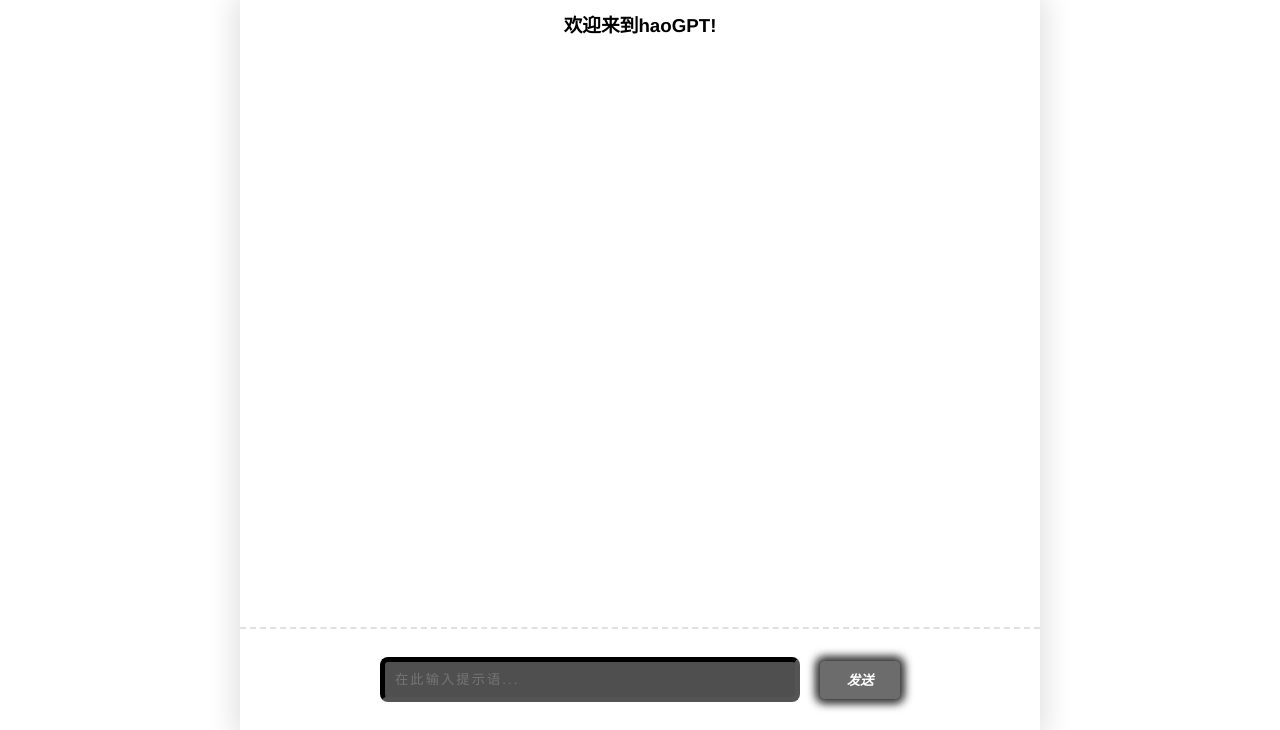
Repository: forFishbonein/chatbot-hao-gpt
Page: / (app in chat-bot-app/)
These files come from the project's save history. The page is drawn as it stood at one moment and after the next save; the edit follows.
The browser window is 1280 px wide. The pictures show the whole page.
The project was rebuilt for these pictures with package versions that can differ from the ones it lists, and the page was loaded fresh each time. Also part of the build but not shown: chat-bot-app/vite.config.js, chat-bot-app/src/components/background/ParticleAnimation.vue.

Above is the page before, as saved 2023-04-14 11:49:45.

### chat-bot-app/index.html
<!DOCTYPE html>
<html lang="en">

<head>
  <meta charset="UTF-8" />
  <link rel="icon" type="image/svg+xml" href="/vite.svg" />
  <meta name="viewport" content="width=device-width, initial-scale=1.0" />
  <title>Vite + Vue3.2 + TypeScript</title>
</head>

<body>
  <div id="app"></div>
  <script type="module" src="/src/main.ts"></script>
</body>

</html>

### chat-bot-app/src/main.ts
import { createApp } from "vue";
import pinia from "@/store";
import App from "./App.vue";
import router from "@/router";
import "@/assets/css/reset.css";
// 引入字体
// import "@/assets/fonts/font.css";
// 引入图标库
// import "@/assets/font/iconfont";
// 引入全局element-icon
import * as ElementPlusIconsVue from "@element-plus/icons-vue";

//创建实例
const setupAll = async () => {
  const app = createApp(App);
  app.use(router);
  app.use(pinia);
  for (const [key, component] of Object.entries(ElementPlusIconsVue)) {
    app.component(key, component);
  }
  app.mount("#app");
};
setupAll();

### chat-bot-app/src/components/BaseFooter.vue
<script setup lang="ts"></script>

<template>
  <div></div>
</template>

<style lang="scss" scoped></style>

### chat-bot-app/src/components/BaseHeader.vue
<script setup lang="ts"></script>

<template>
  <div></div>
</template>

<style lang="scss" scoped></style>

### chat-bot-app/src/store/index.ts
import { createPinia } from "pinia";
import piniaPluginPersistedstate from "pinia-plugin-persistedstate";
const pinia = createPinia();
pinia.use(piniaPluginPersistedstate);
export default pinia;

### chat-bot-app/src/App.vue
<script setup lang="ts">
console.log(
  "---环境变量----", // @ts-ignore
  import.meta.env
);
</script>
<template>
  <router-view></router-view>
</template>

<style>
/* .icon {
  width: 1.2em;
  height: 1.2em;
  vertical-align: -0.15em;
  fill: currentColor;
  overflow: hidden;
  color: #e8604c;
} */
#nprogress .bar {
  background-color: #c60b1e !important;
  border: 1px #c60b1e solid;
}
</style>

### chat-bot-app/src/router/index.ts
import {
  createRouter,
  createWebHashHistory,
  createWebHistory,
} from "vue-router";
import NProgress from "nprogress";
import "nprogress/nprogress.css";
import { mainStore } from "@/store/user";
import { UserInfo } from "@/apis/user/uInterface";

// 1. 定义路由组件， 注意，这里一定要使用 文件的全名（包含文件后缀名）
// import countIndex from "../pages/count/countIndex.vue";

// 2. 定义路由配置
import { routes } from "./router.config";

// 3. 创建路由实例
const router = createRouter({
  // history: createWebHashHistory(import.meta.env.VITE_PUBLIC_PATH),
  // @ts-ignore
  history: createWebHashHistory(import.meta.env.VITE_PUBLIC_PATH),
  routes,
  strict: true,
  scrollBehavior: () => ({ left: 0, top: 0 }),
});

NProgress.configure({
  easing: "ease", // 动画方式
  speed: 500, // 递增进度条的速度
  showSpinner: false, // 是否显示加载 icon
  trickleSpeed: 200, // 自动递增间隔
  minimum: 0.3, // 初始化时的最小百分比
});

// 4. 配置路由守卫
router.beforeEach((to, from, next) => {
  if (to.meta.title) {
    // @ts-ignore
    document.title = to.meta.title;
  }
  NProgress.start();
  const store = mainStore(); //移动到了路由守卫里面，否则persist不生效
  // 如果本地存在token;
  if (store.token !== "") {
    if (to.path === "/login" || to.path === "/register") {
      next({ path: "/" });
    } else {
      if (
        //@ts-ignore
        store.getUserFlag === false
      ) {
        store
          .getUserInfo() // 获取用户信息
          .then(async (res) => {
            // alert("获取用户信息成功");
            console.log("用户信息：");
            console.log(store.userInfo);
            console.log(store.userInfo.email);
            store.getUserFlag = true;
            next();
          })
          .catch(() => {
            //@ts-ignore
            ElMessage({
              type: "warning",
              message: "你的登录已过期！",
            });
            store.getUserFlag = false;
            store.userInfo = {} as UserInfo;
            next();
          });
      } else {
        // 如果已经获取到了用户信息
        next();
      }
    }
  } else {
    //如果本地不存在token //但如果是要去到需要登录的页面
    if (to.matched.some((r) => r.meta.requireLogin)) {
      store.getUserFlag = false;
      //@ts-ignore
      ElMessage({
        type: "warning",
        message: "登录后才能打开新天地哦！",
      });
      //@ts-ignore //不知道会不会出错
      router.push(-1);
    } else {
      next(); //其余不需要登录的页面就直接放开
    }
  }
});

router.afterEach((to, from, next) => {
  NProgress.done();
});

// 5. 导出router
export default router;

### chat-bot-app/src/assets/css/reset.css
/*解决8像素问题*/
body,
div,
dl,
dt,
dd,
ul,
ol,
li,
h1,
h2,
h3,
h4,
h5,
h6,
pre,
form,
fieldset,
legend,
input,
textarea,
button,
p,
blockquote,
th,
td {
    margin: 0;
    padding: 0;
}

/*文字自动居中*/
body {
    text-align: center;
    font-family: Helvetica Neue, Helvetica, Arial, Microsoft Yahei, Hiragino Sans GB, Heiti SC, WenQuanYi Micro Hei, sans-serif;
}

/*去掉前面的小圆点*/
ul,
ol,
li {
    list-style: none;
}

/*取消a的下划线*/
a {
    text-decoration: none;
    /*设置a的字体颜色，蓝色太丑了*/
    color: #333;
    /*设置链接变成小手*/
    cursor: pointer;
}

/*去掉边框，自动垂直居中*/
input,
button,
img,
select,
textarea {
    border: none;
    vertical-align: middle;
    outline: none;
    /*去掉选中产生的黑框*/
}

textarea {
    resize: none;
    /*禁止自动更改大小*/
    text-indent: 2em;
    /*首行缩进2字符*/
}

button {
    cursor: pointer;
}

/*居中板块*/
/*每一个板块都必须要套上wrap，要不然放大缩小会位置错乱*/
.wrap {
    width: 1226px;
    /*高度由内容撑开*/
    margin: 0 auto;
}

label {
    cursor: pointer;
}

### chat-bot-app/src/store/user.ts
import { defineStore } from "pinia";
import { UserInfo } from "@/apis/user/uInterface";
import { passLogin, logout } from "@/apis/user/login";
import { register } from "@/apis/user/register";
import { getUserInfo } from "@/apis/user/user";
import pinia from "@/store";
export interface UserState {
  userInfo: UserInfo;
  token: string;
  getUserFlag: boolean;
}
export const mainStore = defineStore("main", {
  persist: {
    key: "main",
    storage: window.localStorage,
  }, //开启缓存
  state: () =>
    ({
      userInfo: {
        // email: "",
      } as UserInfo,
      token: "",
      getUserFlag: false,
    } as UserState),
  getters: {},
  actions: {
    passLogin(passData: any) {
      return new Promise((resolve, reject) => {
        try {
          passLogin(passData).then((res) => {
            // @ts-ignore
            console.log(res.message);
            // @ts-ignore
            this.$state.token = res.message;
            // setToken(res.data);
            resolve(res);
          });
        } catch (error) {
          console.log(error);
          reject(error);
        }
      });
    },
    getUserInfo() {
      return new Promise((resolve, reject) => {
        getUserInfo(this.$state.token)
          .then((res) => {
            // @ts-ignore
            if (res.code === 2000) {
              this.$state.userInfo = res.data;
              resolve(res);
            } else {
              //@ts-ignore
              this.$state.userInfo = {} as UserInfo; //清空对象
              this.$state.getUserFlag = false;
              this.$state.token = "";
              // removeToken();
              resolve(res);
            }
          })
          .catch((error) => {
            //@ts-ignore
            this.$state.userInfo = {} as UserInfo; //清空对象
            this.$state.getUserFlag = false;
            this.$state.token = "";
            // removeToken();
            reject(error);
          });
      });
    },
    register(registerData: any) {
      return new Promise((resolve, reject) => {
        try {
          register(registerData).then((res) => {
            console.log(res.data);
            // 不会返回token
            // this.$state.token = res.data;
            // setToken(res.data);
            resolve(res);
          });
        } catch (error) {
          console.log(error);
          reject(error);
        }
      });
    },
    fedLogOut() {
      return new Promise((resolve, reject) => {
        try {
          this.$state.userInfo = {} as UserInfo; //清空对象
          // setFlag(false);
          this.$state.getUserFlag = false;
          this.$state.token = "";
          resolve("用户超时登出成功"); //这里传参不能为空，ts严格检查
        } catch (error) {
          reject(error);
        }
      });
    },
    logout() {
      return new Promise((resolve, reject) => {
        //@ts-ignore
        this.$state.userInfo = {} as UserInfo; //清空对象
        console.log(this.$state.userInfo);
        this.$state.token = ""; //重置token
        this.$state.getUserFlag = false; //改变用户信息标志变量
        // 调用后端接口，也可以不调用！
        // logout(this.$state.token)
        //   .then((res) => {
        //     console.log(res);
        //     if (res) {
        //       //@ts-ignore
        //       this.$state.userInfo = {} as UserInfo; //清空对象
        //       console.log(this.$state.userInfo);
        //       this.$state.token = ""; //重置token
        //       this.$state.getUserFlag = false; //改变用户信息标志变量
        //       resolve(res);
        //     }
        //   })
        //   .catch((error) => {
        //     console.log(error);
        //     reject(error);
        //   });
      });
    },
  },
});

### chat-bot-app/src/router/router.config.ts
import { RouteRecordRaw } from "vue-router";
// import Index from "@/Index.vue";

export const routes: Array<RouteRecordRaw> = [
  {
    path: "/",
    name: "Index", //App中包裹Index
    meta: {
      title: "首页",
      keepAlive: true,
      // requireLogin: true, //先加在这里，表示需要登录！
    },
    component: () => import("@/Index.vue"),
    // component: Index,
    redirect: "/chat", //Index中包裹Home等组件
    children: [
      {
        path: "/chat",
        name: "Chat",
        component: () => import("@/views/Chat.vue"), //这个不行，会加载不出来
        // component: Home,
        meta: { title: "首页", keepAlive: true, showTab: true },
      },
    ],
  },
];

### chat-bot-app/src/apis/user/login.ts
import httpRequest from "@/request";
import { passLoginInfo } from "@/apis/user/uInterface";
export const passLogin = (passData: passLoginInfo) => {
  // console.log(passData);
  return httpRequest({
    data: passData,
    method: "post",
    url: "/login",
    // loading: false, //显示加载圈
  });
};

export function logout(token: string) {
  return httpRequest({
    data: token,
    url: "/logout",
    method: "post",
    // loading: false,
  });
}

### chat-bot-app/src/apis/user/register.ts
import httpRequest from "@/request";
import { registerInfo } from "@/apis/user/uInterface";
// export const postCode = (email: string) => {
//   console.log(email);
//   return httpRequest({
//     data: email,
//     method: "post",
//     url: "http://localhost:8081/send",
//   });
// };

export const register = (registerData: registerInfo) => {
  // console.log(registerData);
  return httpRequest({
    data: registerData,
    method: "post",
    url: "/user/info",
    // loading: false,
  });
};

### chat-bot-app/src/apis/user/user.ts
import httpRequest from "@request/index";
import { UserInfo } from "@/apis/user/uInterface";
export const getUserInfo = (token: string) => {
  return httpRequest({
    url: "/token",
    method: "get",
    headers: { Authorization: token },
    loading: false, //这里好像必须开启，不知道为啥！！！这样有token时配合路由监测进主页的时候才不会报错！
  });
};
export const getUserInfoById = (userId: string) => {
  return httpRequest({
    url: `http://localhost:8081/user/${userId}`,
    method: "get",
    // loading: false,
  });
};

/* 修改用户信息 */
export const modifyUserInfo = (userInfo: UserInfo) => {
  return httpRequest({
    data: userInfo,
    method: "post",
    url: "/user/info",
    // loading: false,
  });
};

/* 修改密码 */
export const modifyUserPass = (data: any) => {
  return httpRequest({
    url: "http://localhost:8081/user/updatepassword",
    method: "put",
    data: data,
    // loading: false,
  });
};

/* 更新头像 */
export const updateUserAvater = (userId: string, imgUrl: string) => {
  return httpRequest({
    url: "http://localhost:8081/user/updatehead",
    method: "put",
    data: {
      id: userId,
      url: imgUrl,
    },
    // loading: false,
  });
};

### chat-bot-app/src/Index.vue
<script setup lang="ts">
import { onMounted } from "vue";
import { useRoute } from "vue-router";
import { useRouter } from "vue-router";
const route = useRoute();
const router = useRouter();
onMounted(() => {});
</script>
<template>
  <div class="page-wrapper">
    <BaseHeader></BaseHeader>
    <router-view v-slot="{ Component }">
      <!-- <keep-alive v-if="$route.meta.keepAlive"> -->
      <!-- 只有在一个容器切换时alive才生效，并且只有include可以生效，meta不行 -->
      <keep-alive :include="['Home']">
        <component :is="Component" />
      </keep-alive>
      <!-- <component :is="Component" v-else /> -->
    </router-view>
    <BaseFooter></BaseFooter>
  </div>
</template>

<style lang="scss" scoped></style>

### chat-bot-app/src/views/Chat.vue
<script setup lang="ts">
import { ref, reactive, defineExpose, onMounted } from "vue";
import { useRouter } from "vue-router";
import { sendMessage } from "@/apis/chat";
import { resultMessagesType } from "@/apis/Interface";
let prompt = ref("");
let messages = ref([] as resultMessagesType[]);
const clickToSend = () => {
  messages.value.push({ content: prompt.value, isBot: false });
  prompt.value = "";
  const data = { message: prompt.value };
  sendMessage(data).then((res) => {
    messages.value.push({ content: res.data.content, isBot: true });
  });
};
//用于使map自适应高度和宽度,通过窗体高宽计算容器高宽
let resizeMainContainer = function () {
  let mainContainer = document.getElementById("main-container");
  // @ts-ignore
  // mainContainer.style.width = window.innerWidth + "px";
  mainContainer.style.width = "1226px";
  // @ts-ignore
  mainContainer.style.height = window.innerHeight + "px";
};
let maxHeight = ref(0);
let resizeHeight = function () {
  let domMessages = document.getElementsByClassName("messages")[0];
  // @ts-ignore
  maxHeight.value = domMessages.getElementsByClassName.height;
};
onMounted(() => {
  //设置容器高宽
  resizeMainContainer();
  resizeHeight();
});
</script>
<template>
  <div id="main-container">
    <div class="message-wapper">
      <h3>欢迎来到haoGPT!</h3>
      <div class="messages">
        <el-scrollbar :max-height="maxHeight">
          <div v-for="(m, i) in messages" :key="i" class="line-block">
            <div v-if="m.isBot" class="bot-say">
              <img src="@/assets/img/bot.png" />
              <div>{{ m.content }}</div>
            </div>
            <div v-else class="my-say">
              <div>{{ m.content }}</div>
              <img src="@/assets/img/people.png" />
            </div></div
        ></el-scrollbar>
      </div>
      <div class="operate-board">
        <input
          v-model="prompt"
          type="text"
          placeholder="在此输入提示语..."
          class="inputStyle"
        />
        <button @click="clickToSend" class="buttonStyle">发送</button>
      </div>
    </div>
  </div>
</template>

<style lang="scss" scoped>
#main-container {
  // width: 1000px;
  // height: 800px;
  margin: 0 auto;
  // border: 1px #e8604c solid;
}
.message-wapper {
  width: 800px;
  height: 100%;
  margin: 0 auto;
  display: flex;
  flex-direction: column;
  justify-content: center;
  align-items: center;
  box-shadow: 0 2px 27px 6px rgba(0, 0, 0, 0.12);
  padding-top: 10px;
  .messages {
    width: 800px;
    height: 85%;
    position: relative;
    // border: 1px #e8604c solid;
    padding-top: 20px;

    .line-block {
      width: 100%;
      height: auto;
      margin-top: 20px;
    }
    .my-say {
      display: flex;
      justify-content: center;
      align-items: start;
      position: absolute;
      right: 10px;
      padding-left: 20px;
      img {
        width: 40px;
        height: 40px;
        display: inline-block;
        cursor: pointer;
      }
      div {
        background-color: black;
        color: rgb(255, 255, 255);
        font-size: 14px;
        padding: 10px;
        border-radius: 10px;
        box-shadow: 0 0 1px #272727, 0 0 10px 2px #3c3c3c, 0 0 10px 4px #4f4f4f;
        margin-right: 20px;
      }
    }
    .bot-say {
      display: flex;
      justify-content: center;
      align-items: start;
      position: absolute;
      left: 10px;
      padding-right: 20px;
      img {
        width: 40px;
        height: 40px;
        display: inline-block;
        cursor: pointer;
      }
      div {
        background-color: black;
        color: rgb(255, 255, 255);
        font-size: 14px;
        padding: 10px;
        border-radius: 10px;
        box-shadow: 0 0 1px #272727, 0 0 10px 2px #3c3c3c, 0 0 10px 4px #4f4f4f;
        margin-left: 20px;
      }
    }
  }
  .operate-board {
    // position: absolute;
    // bottom: 0px;
    width: 800px;
    height: 15%;
    display: flex;
    justify-content: center;
    align-items: center;
    border-top: 2px dashed rgba(0, 0, 0, 0.12);
  }
}

.buttonStyle {
  height: 38px;
  width: 80px;
  border: 0;
  background-color: #6c6c6c;
  box-shadow: 0 0 1px #272727, 0 0 10px 2px #3c3c3c, 0 0 10px 4px #4f4f4f;
  border-radius: 4px;
  font-family: Calibri;
  font-weight: 800;
  font-style: italic;
  color: rgb(255, 255, 255);
  cursor: pointer;
  margin-left: 20px;
}
.buttonStyle:hover {
  animation: buttonEffect 0.4s linear;
  transition-timing-function: linear;
}
.buttonStyle:active {
  transform: scale(1.2);
  bottom: -3px;
  transition-timing-function: ease-in-out;
}
@keyframes buttonEffect {
  0% {
    background: radial-gradient(ellipse 20px 8px, white, black, black);
  }
  20% {
    background: radial-gradient(ellipse 30px 12px, white, black, black);
  }
  40% {
    background: radial-gradient(ellipse 40px 16px, white, black, black);
  }
  60% {
    background: radial-gradient(ellipse 50px 20px, white, black, black);
  }
  80% {
    background: radial-gradient(ellipse 60px 24px, white, black, black);
  }
  100% {
    background: radial-gradient(ellipse 70px 280px, white, black, black);
  }
}
.inputStyle {
  width: 400px;
  height: 35px;
  background-color: #4f4f4f;
  border-radius: 8px;
  border-width: 5px 5px 5px 5px;
  border-style: inset;
  border-color: black;
  // font-family: "Droid Sans Mono Slashed";
  font-weight: 300;
  // font-style: italic;
  padding-left: 10px;
  color: rgb(255, 255, 255);
  word-spacing: 2px;
  letter-spacing: 2px;
}
.inputStyle:focus {
  background-color: black;
}
.inputStyle:hover {
  animation: inputEffect 0.8s linear;
  transition-timing-function: linear;
}
@keyframes inputEffect {
  0% {
    border-top-color: rgb(255, 255, 255);
    background: linear-gradient(to right, rgb(255, 255, 255), black 20%);
  }
  25% {
    border-right-color: rgb(255, 255, 255);
    background: linear-gradient(to right, rgb(255, 255, 255), black 40%);
  }
  50% {
    border-bottom-color: rgb(255, 255, 255);
    background: linear-gradient(to right, rgb(255, 255, 255), black 60%);
  }
  75% {
    border-left-color: rgb(255, 255, 255);
    background: linear-gradient(to right, rgb(255, 255, 255), black 80%);
  }
  100% {
    border-color: cyan;
    background: linear-gradient(to right, rgb(255, 255, 255), black 100%);
  }
}
</style>

### chat-bot-app/src/apis/chat.ts
import httpRequest from "@/request";
import { promptType } from "@/apis/Interface";
export const sendMessage = (data: promptType) => {
  // console.log(passData);
  return httpRequest({
    data: data,
    method: "post",
    url: "/chatbot/talk",
    // loading: false, //显示加载圈
  });
};

### chat-bot-app/src/config/index.ts
export interface IConfig {
  env: string; // 开发环境
  mock?: string; // mock数据
  title: string; // 项目title
  baseUrl?: string; // 项目地址
  baseApi?: string; // api请求地址
}
const envMap = {};
const globalModules = import.meta.globEager("./*.ts");
Object.entries(globalModules).forEach(([key, value]) => {
  // key.match(/\.\/env\.(\S*)\.ts/)
  const name = key.replace(/\.\/env\.(.*)\.ts$/, "$1");
  envMap[name] = value;
});

// 根据环境引入不同配置
export const config = envMap[import.meta.env.VITE_ENV].default;
console.log("根据环境引入不同配置", config);

### chat-bot-app/src/utils/resetMessage.ts
let messageInstance: any | null = null;

//封装ElMessage的函数：
const resetMessage = (options) => {
  if (messageInstance && messageInstance.close) {
    messageInstance.close();
  }
  //@ts-ignore
  messageInstance = ElMessage(options);
};

//识别resetMessage函数的参数类型，以适应.success等函数
["error", "success", "info", "warning"].forEach((type) => {
  resetMessage[type] = (options: any) => {
    if (typeof options === "string") {
      options = {
        message: options,
      };
    }
    options.type = type;
    return resetMessage(options);
  };
});
export const Message = resetMessage;

### chat-bot-app/src/config/env.development.ts
// 本地环境配置
export default {
  env: "development",
  mock: true,
  title: "开发",
  baseUrl: "", // 项目地址
  baseApi: "http://127.0.0.1:8080", // 本地api请求地址,注意：如果你使用了代理，请设置成'/'
};

### chat-bot-app/src/config/env.production.ts
// 正式
export default {
  env: "production",
  mock: true,
  title: "生产",
  baseUrl: "", // 正式项目地址
  baseApi: "http://xxx:8080", // 正式api请求地址
};

### chat-bot-app/src/config/env.test.ts
export default {
  env: "test",
  mock: false,
  title: "测试",
  baseUrl: "https://test.xxx.com", // 测试项目地址
  baseApi: "https://test.xxx.com/api", // 测试api请求地址
};

Loaded but not shown: chat-bot-app/src/request/index.ts (165 lines, source omitted)

After the next save:
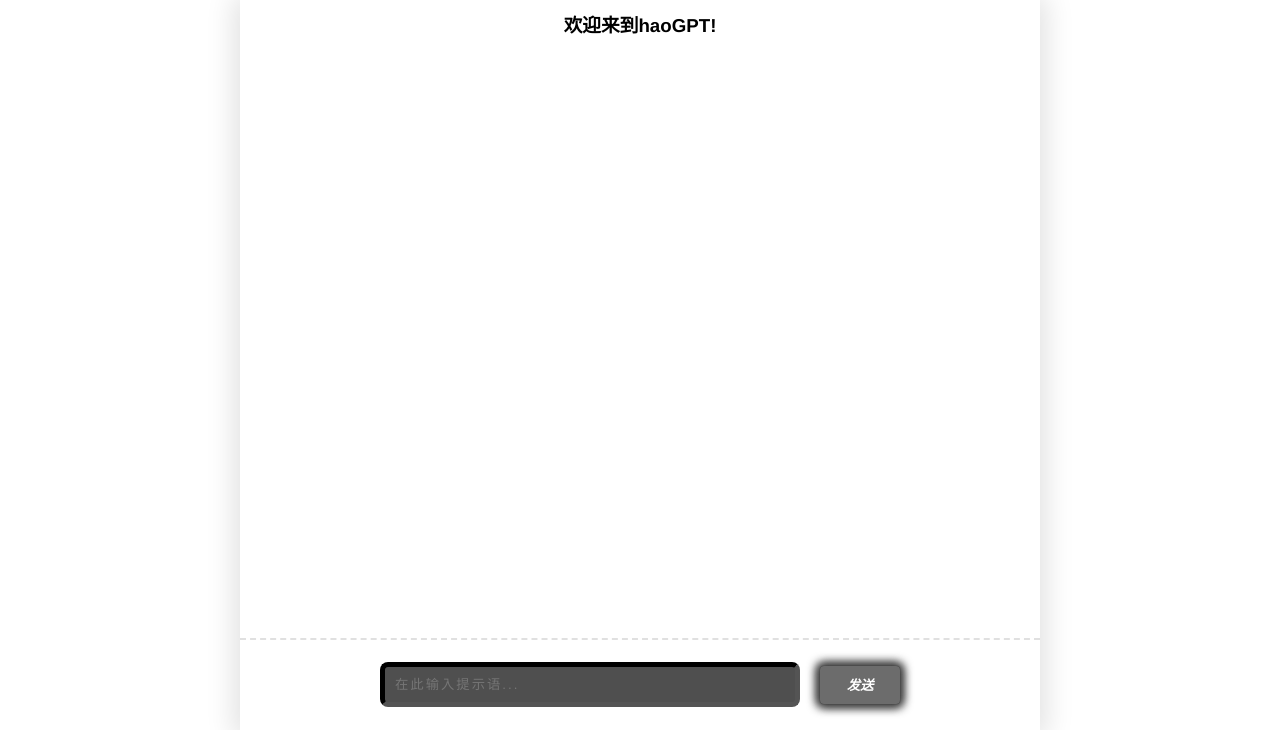
Saved 47 s later.
--- a/chat-bot-app/src/views/Chat.vue
+++ b/chat-bot-app/src/views/Chat.vue
@@ -38,8 +38,8 @@
   <div id="main-container">
     <div class="message-wapper">
       <h3>欢迎来到haoGPT!</h3>
-      <div class="messages">
-        <el-scrollbar :max-height="maxHeight">
+      <el-scrollbar :max-height="maxHeight">
+        <div class="messages">
           <div v-for="(m, i) in messages" :key="i" class="line-block">
             <div v-if="m.isBot" class="bot-say">
               <img src="@/assets/img/bot.png" />
@@ -48,9 +48,10 @@
             <div v-else class="my-say">
               <div>{{ m.content }}</div>
               <img src="@/assets/img/people.png" />
-            </div></div
-        ></el-scrollbar>
-      </div>
+            </div>
+          </div>
+        </div>
+      </el-scrollbar>
       <div class="operate-board">
         <input
           v-model="prompt"
